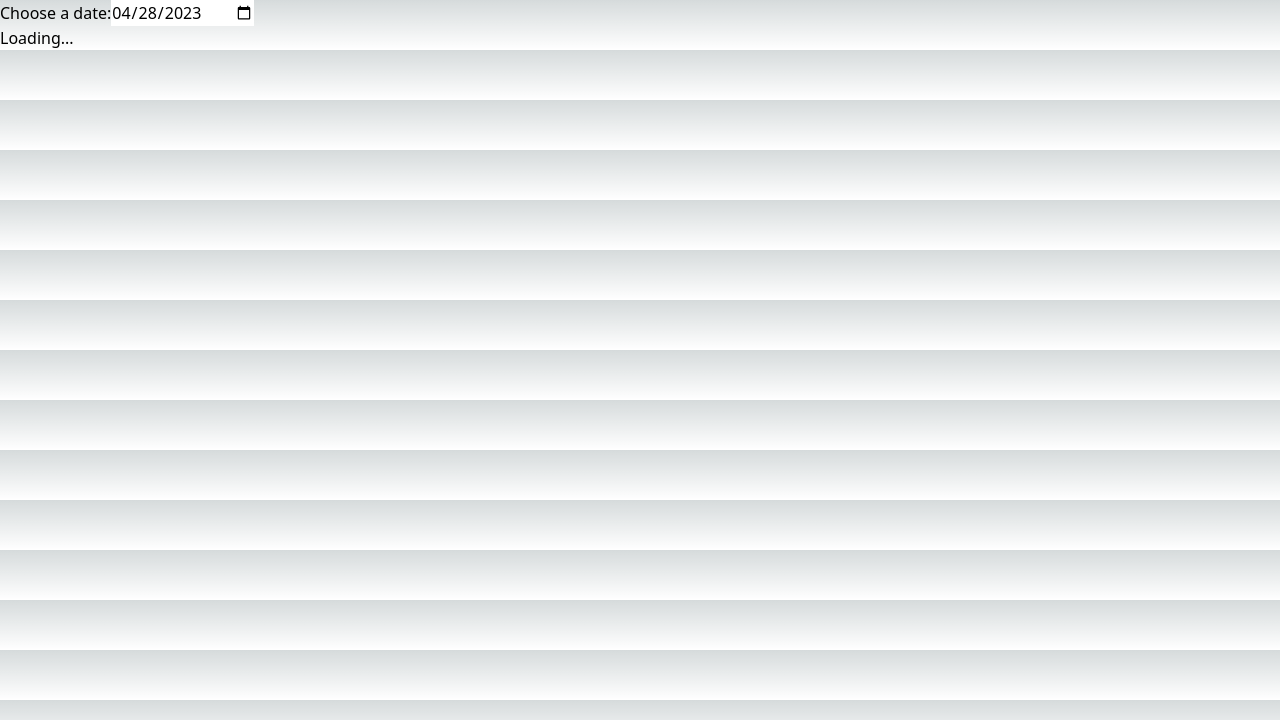
Repository: sercanisli/NasaApod
Page: /
The author's editor kept a copy of each file at every save. The page is drawn from the files as they stood at one save, then again after the next save.
The browser window is 1280 px wide. The pictures show the whole page.
The page's requests for data from a server got no answer. The project was rebuilt for these pictures with package versions that can differ from the ones it lists, and the page was loaded fresh each time. The framework's server and built-in components were replaced by stand-ins that run in the browser. No one was signed in, and anything a server would have sent is missing. Also part of the build but not shown: next.config.js.

Above is the page before, as saved 2023-05-12 01:42:36.

After the next save:
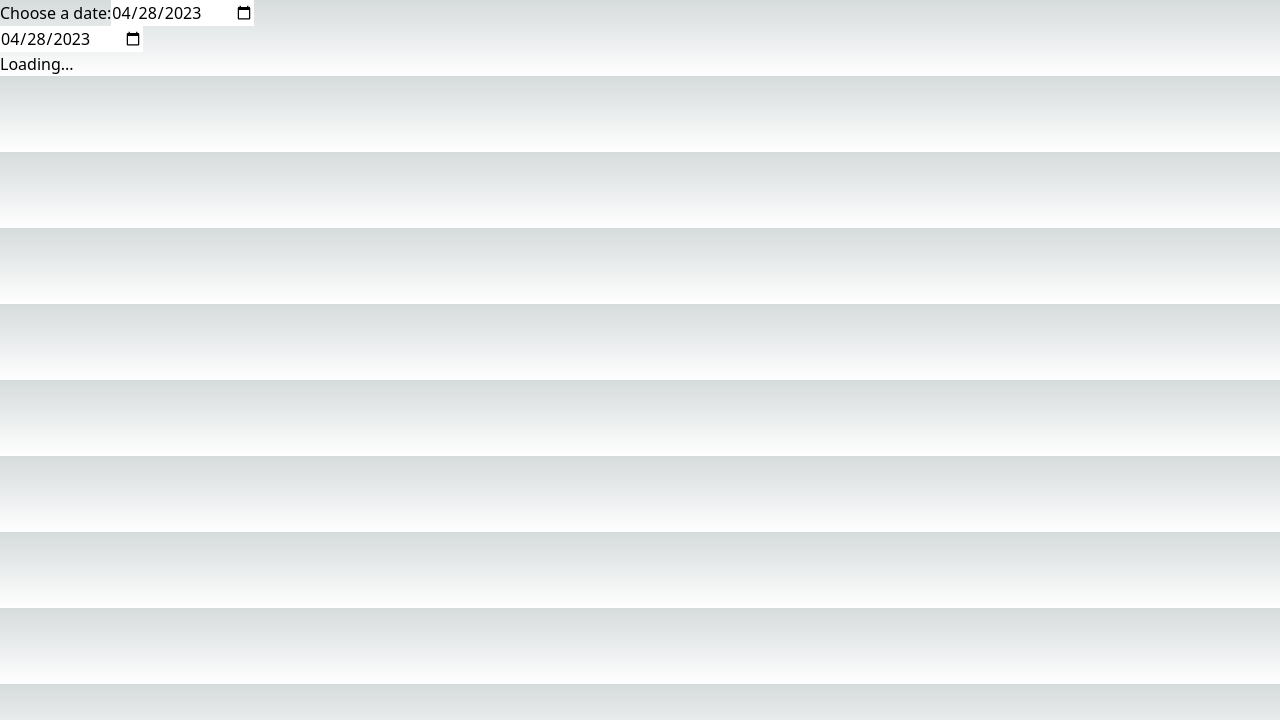
Saved 52 s later.
--- a/components/Apod.js
+++ b/components/Apod.js
@@ -34,6 +34,7 @@ function NasaApod() {
 
   return (
     <div>
+      <input type="date" value={selectedDate.toISOString().substr(0, 10)} onChange={handleDateChange} />
       {apodData ? (
         <div>
           <h1>{apodData.title}</h1>
